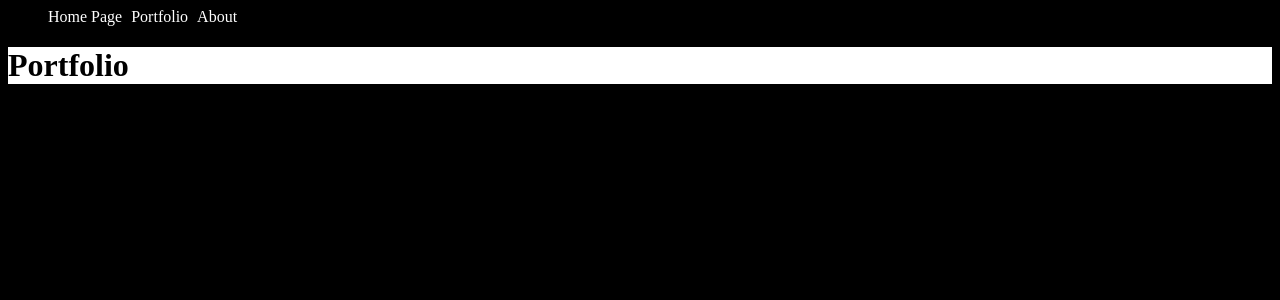
Repository: NinjaPopa/NinjaPopa.github.io
Page: portfolio.html
The author's editor kept a record of every edit. The page is drawn from the files as they stood at one moment, then again after the next edit.
The browser window is 1280 px wide. The pictures show the whole page.

Above is the page before.

### portfolio.html
<html>
<head>
    <title>CVHS Coding Operation</title>
    <style>
         li {display: inline; padding-right: 5px;}
         a {color:white; text-decoration: none;}
         body {background-color:black;}
         h1 {background-color:white;}
    </style>
</head>
    <body>
        <ul>
       <li> <a href="index.html">Home Page</a></li>
       <li><a href="portfolio.html">Portfolio</a></li>
       <li><a href="about.html">About</a></li>
        </ul>
        <h1>Portfolio</h1>
    </body>
</html>

### styles/style.css
body {
    background-color:black;

}
p {
    color:white;

}
 h1{
     color:white;
     background-color:gold;

 }
            li{color:white;}
            a{color:gold;}

After the next edit:
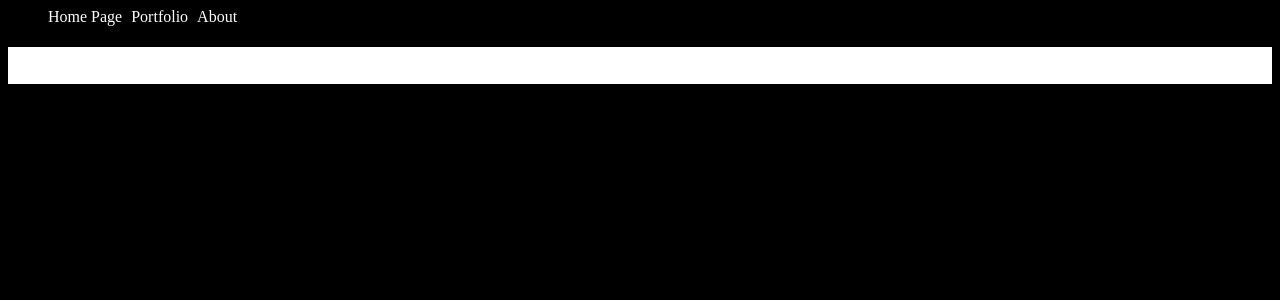
The edit:
--- a/portfolio.html
+++ b/portfolio.html
@@ -1,6 +1,7 @@
 <html>
 <head>
     <title>CVHS Coding Operation</title>
+    <link rel="stylesheet"href="./styles/style.css">
     <style>
          li {display: inline; padding-right: 5px;}
          a {color:white; text-decoration: none;}
